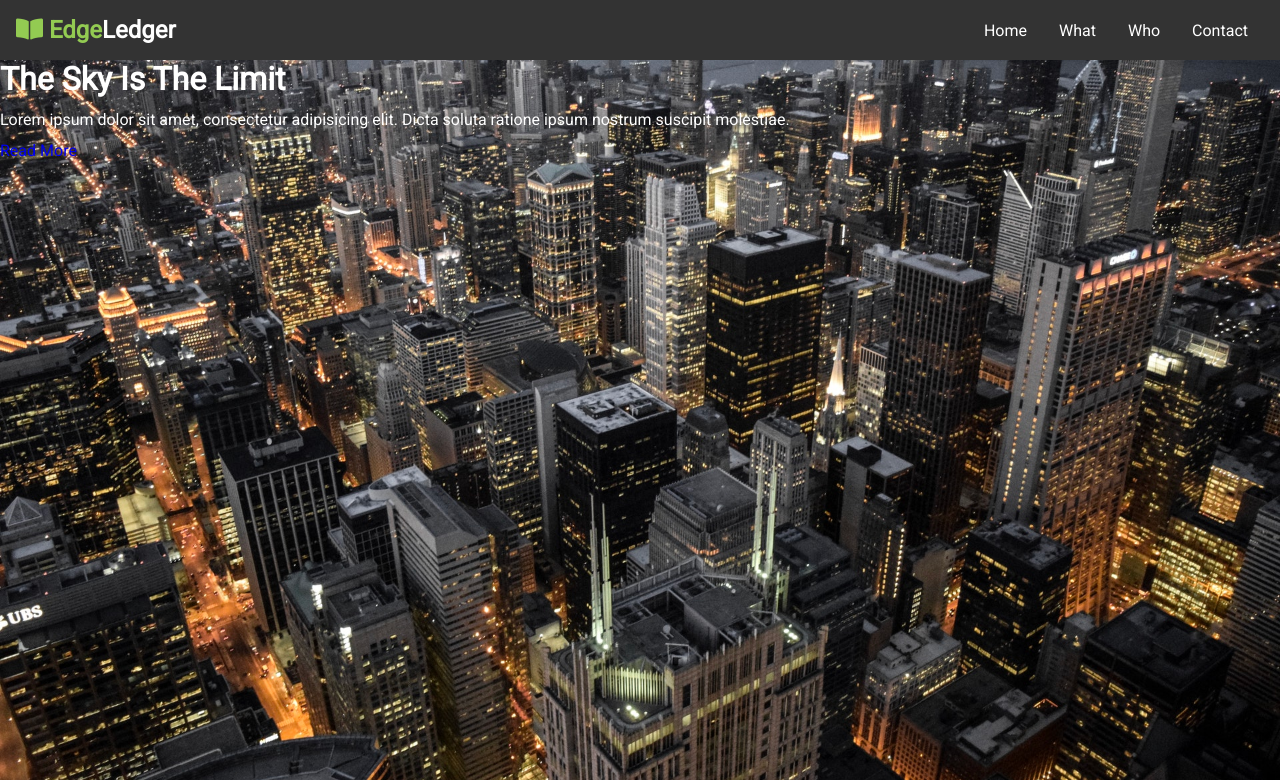
Repository: dimlutine/EdgeLedger
Page: index.html
These files come from the project's save history. The page is drawn as it stood at one moment and after the next save; the edit follows.
The browser window is 1280 px wide. The pictures show the whole page.
Some web libraries are served in a nearby version.

Above is the page before, as saved 2019-07-06 18:49:13.

After the next save:
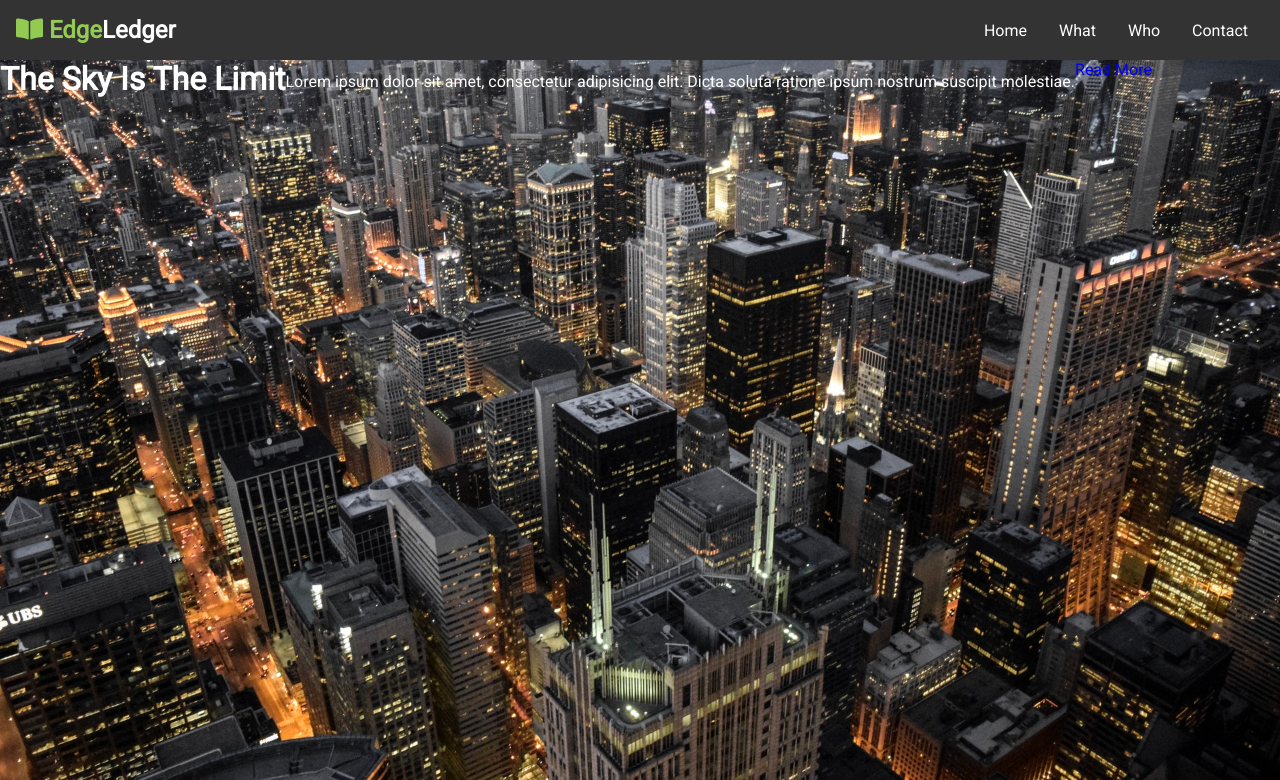
Saved 37 s later.
--- a/css/style.css
+++ b/css/style.css
@@ -62,3 +62,7 @@
     height: 100vh;
     color: #fff;
 }
+
+#showcase .showcase-content {
+    display: flex;
+}

After the save that followed:
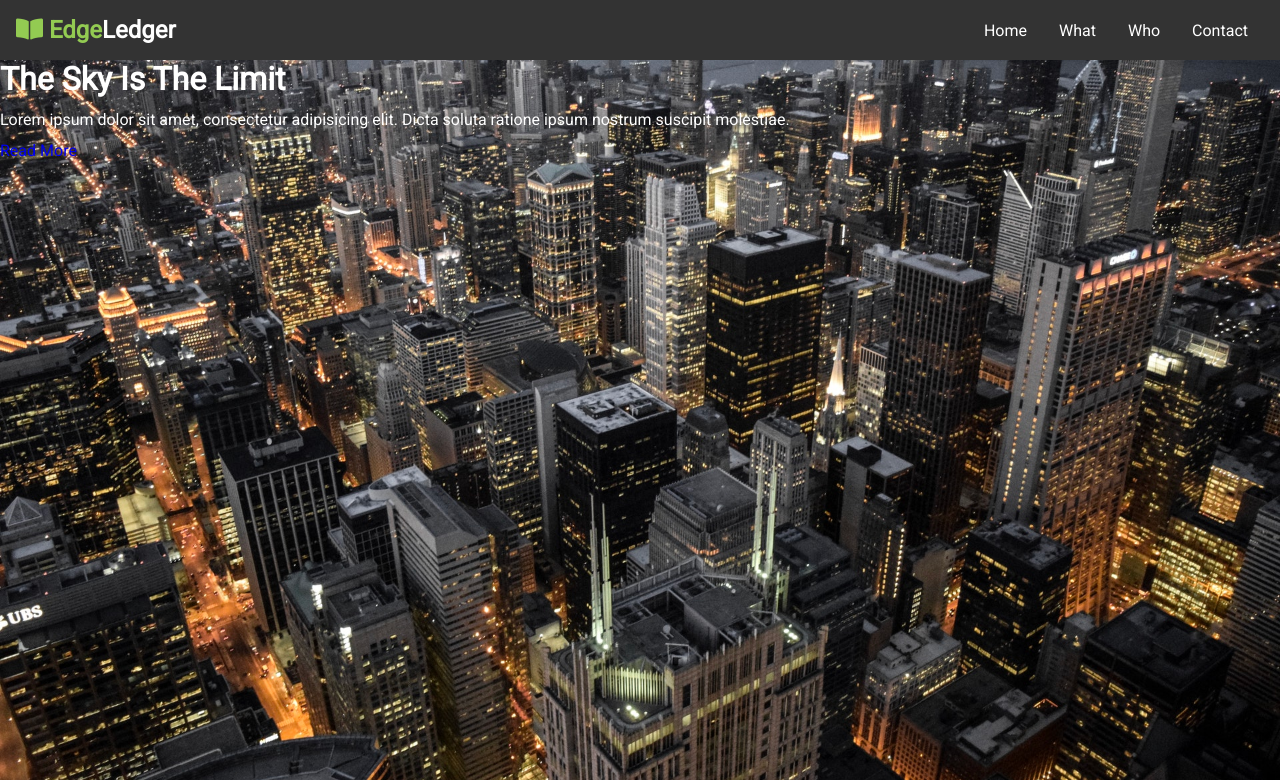
Saved 13 s later.
--- a/css/style.css
+++ b/css/style.css
@@ -65,4 +65,5 @@
 
 #showcase .showcase-content {
     display: flex;
+    flex-direction: column;
 }
